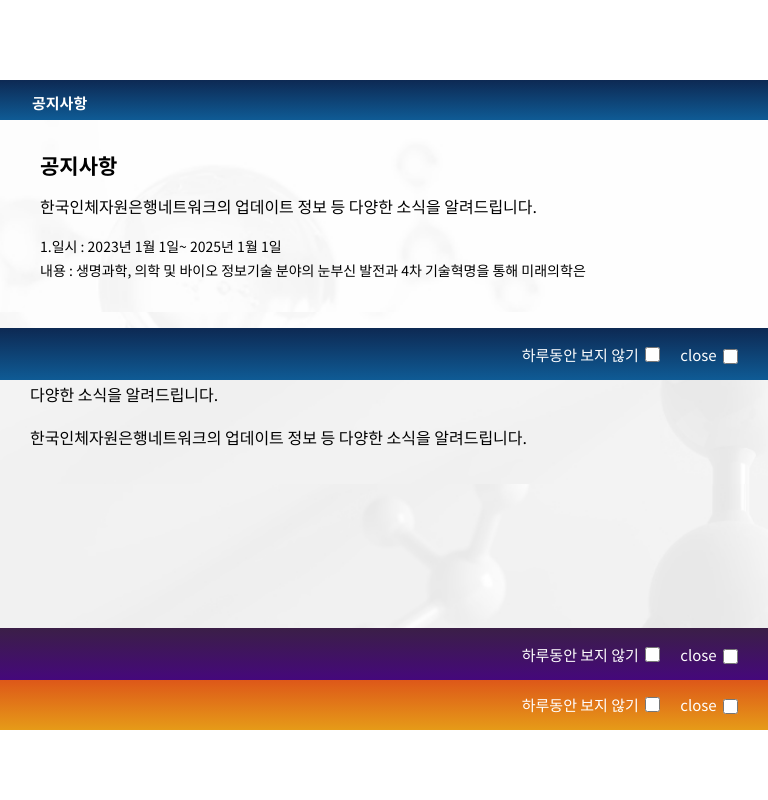
Repository: dlgywls1130/common_popup
Page: index.html
These files come from the project's save history. The page is drawn as it stood at one moment and after the next save; the edit follows.
The browser window is 768 px wide. The pictures show the whole page.

Above is the page before, as saved 2023-10-26 01:06:10.

After the next save:
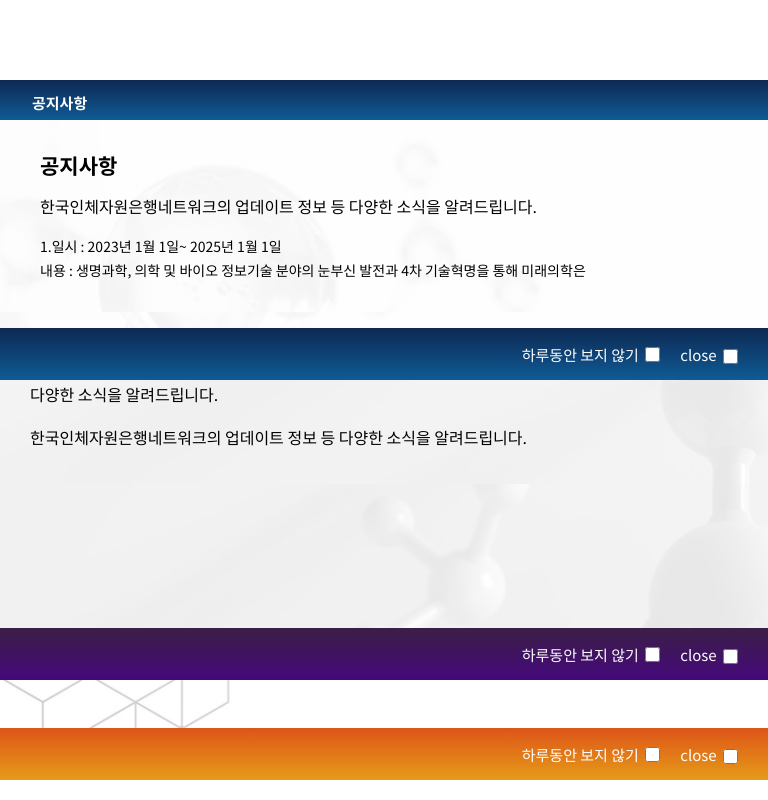
Saved 5 s later.
--- a/style.css
+++ b/style.css
@@ -207,7 +207,7 @@ time, mark, audio, video {
 
     .common_modal.orange {
         width: 100%;
-        height: 650px;
+        height: 700px;
         left: 0;
     }
 
